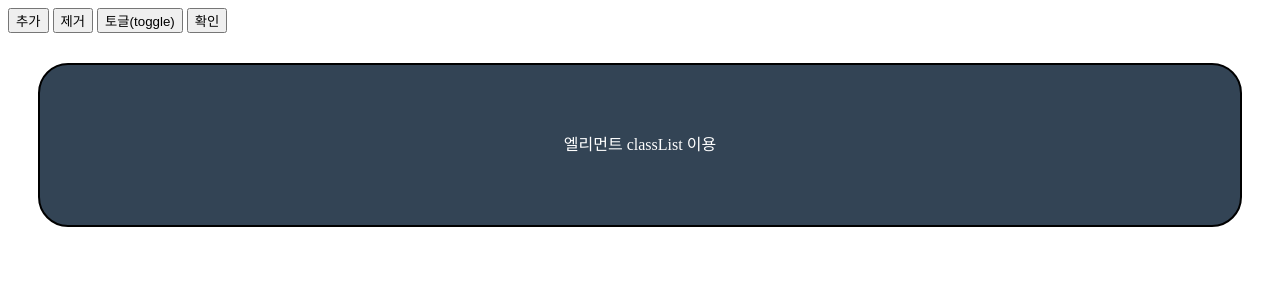
Repository: SeungjaeYu/webstudy
Page: webstudy/14_javascript/ch07_style/test04.html
These files come from the project's save history. The page is drawn as it stood at one moment and after a run of saves; the edit follows.
The browser window is 1280 px wide. The pictures show the whole page.
After loading, the first visible `button[onclick="toggleClass()"]` was clicked once.

Above is the page before, as saved 2019-10-01 11:39:44.

After the next 4 saves:
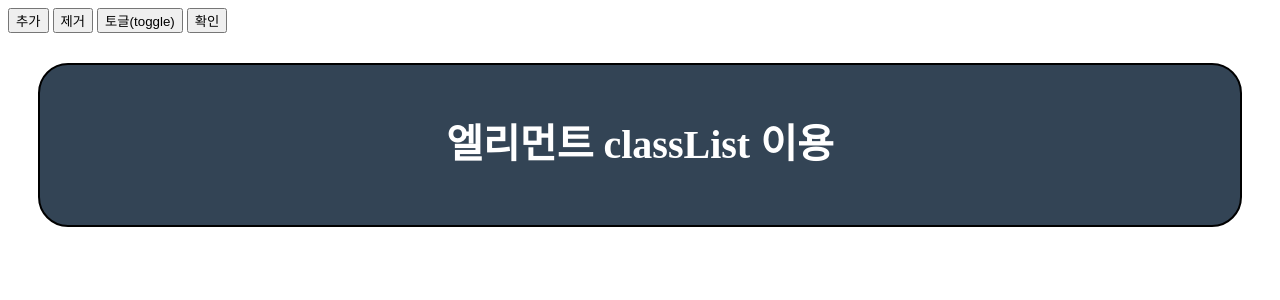
The 4 saves are shown as one change because they came seconds apart.
The last was saved 26 s later.
--- a/webstudy/14_javascript/ch07_style/test04.html
+++ b/webstudy/14_javascript/ch07_style/test04.html
@@ -52,6 +52,7 @@
         }
         function toggleClass() {
             divEle.classList.toggle("a");   // 있을 땐 없애고 없을 땐 추가
+            divEle.classList.toggle("b");
         }
         function hasClass() {}
     </script>

After the 4 saves that followed:
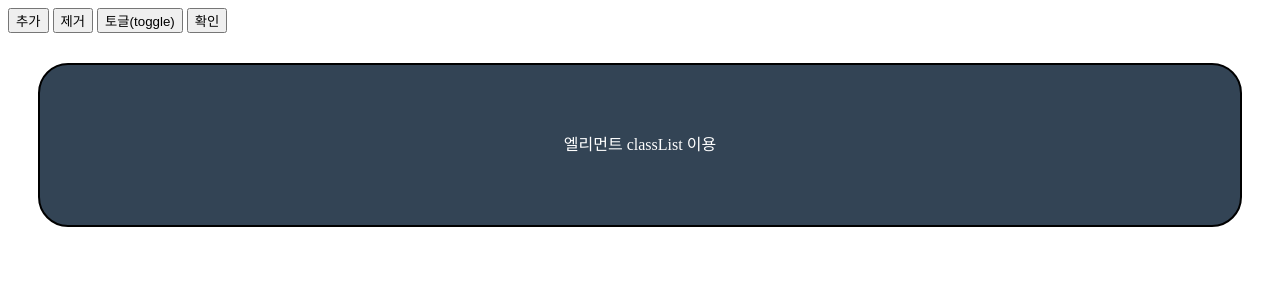
The 4 saves are shown as one change because they came seconds apart.
The last was saved 16 s later.
--- a/webstudy/14_javascript/ch07_style/test04.html
+++ b/webstudy/14_javascript/ch07_style/test04.html
@@ -51,8 +51,11 @@
             divEle.classList.remove("a", "b");
         }
         function toggleClass() {
+            /*
             divEle.classList.toggle("a");   // 있을 땐 없애고 없을 땐 추가
             divEle.classList.toggle("b");
+            */
+            divEle.classList.toggle("a", "b");
         }
         function hasClass() {}
     </script>
